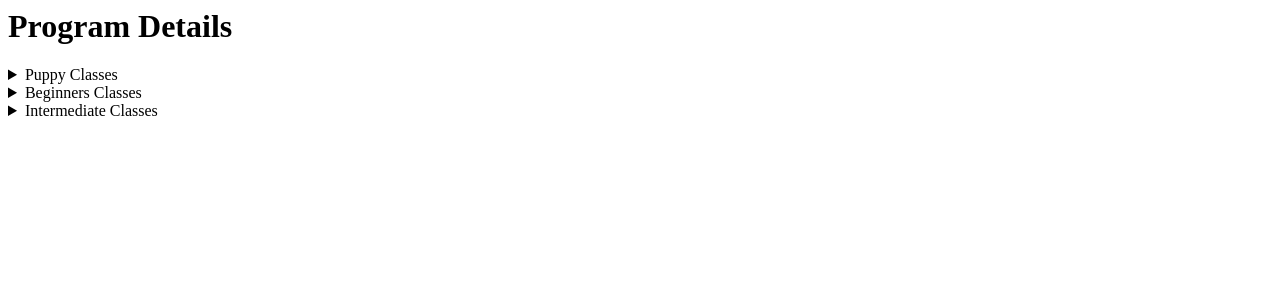
Repository: Brittany-Westlund/MART341-WebDesign
Page: WebDesignHomework/testfolder2/index.html
The author's editor kept a copy of each file at every save. The page is drawn from the files as they stood at one save, then again after the next save.
The browser window is 1280 px wide. The pictures show the whole page.

Above is the page before, as saved 2024-11-03 20:53:28.

After the next save:
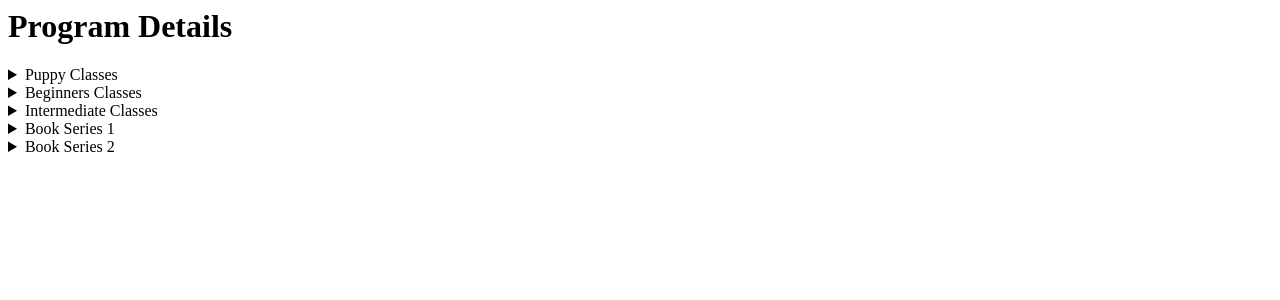
Saved 2 days later.
--- a/WebDesignHomework/testfolder2/index.html
+++ b/WebDesignHomework/testfolder2/index.html
@@ -45,3 +45,22 @@
     </tr>
   </table>
 </details>
+
+<details>
+  <summary>Book Series 1</summary>
+  <ul>
+      <li><a href="example-page.html">Book 1</a></li>
+      <li><a href="example-page.html">Book 2</a></li>
+      <li><a href="example-page.html">Book 3</a></li>
+  </ul>
+</details>
+
+<details>
+  <summary>Book Series 2</summary>
+  <ul>
+      <li><a href="example-page.html">Book 4</a></li>
+      <li><a href="example-page.html">Book 5</a></li>
+      <li><a href="example-page.html">Book 6</a></li>
+      <!-- Repeat as needed -->
+  </ul>
+</details>
